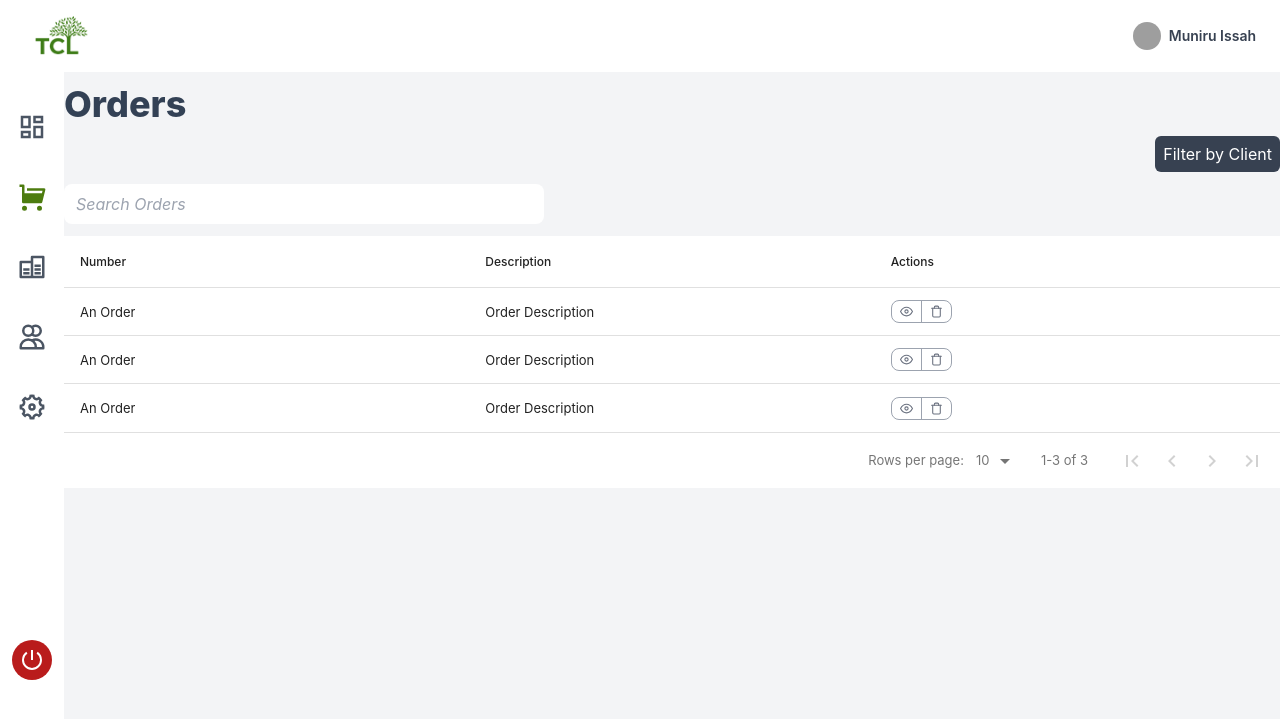
Repository: issah-gaisie/timber
Page: /dashboard/orders
The author's editor kept a copy of each file at every save. The page is drawn from the files as they stood at one save, then again after a run of saves.
The browser window is 1280 px wide. The pictures show the whole page.
Pictures or frames that could not be fetched are drawn as grey boxes. The project was rebuilt for these pictures with package versions that can differ from the ones it lists, and the page was loaded fresh each time. Also part of the build but not shown: src/App.css, src/components/Input.js, src/components/Login.js, src/components/Auth.js, src/components/ResetPassword/PasswordReset.js, src/components/ResetPassword/PasswordResetSent.js, src/components/Dashboard/sub-components/ProfilePopup.js, src/components/PrivateRoute.js and 48 more.

Above is the page before, as saved 2022-04-02 13:11:52.

After the next 2 saves:
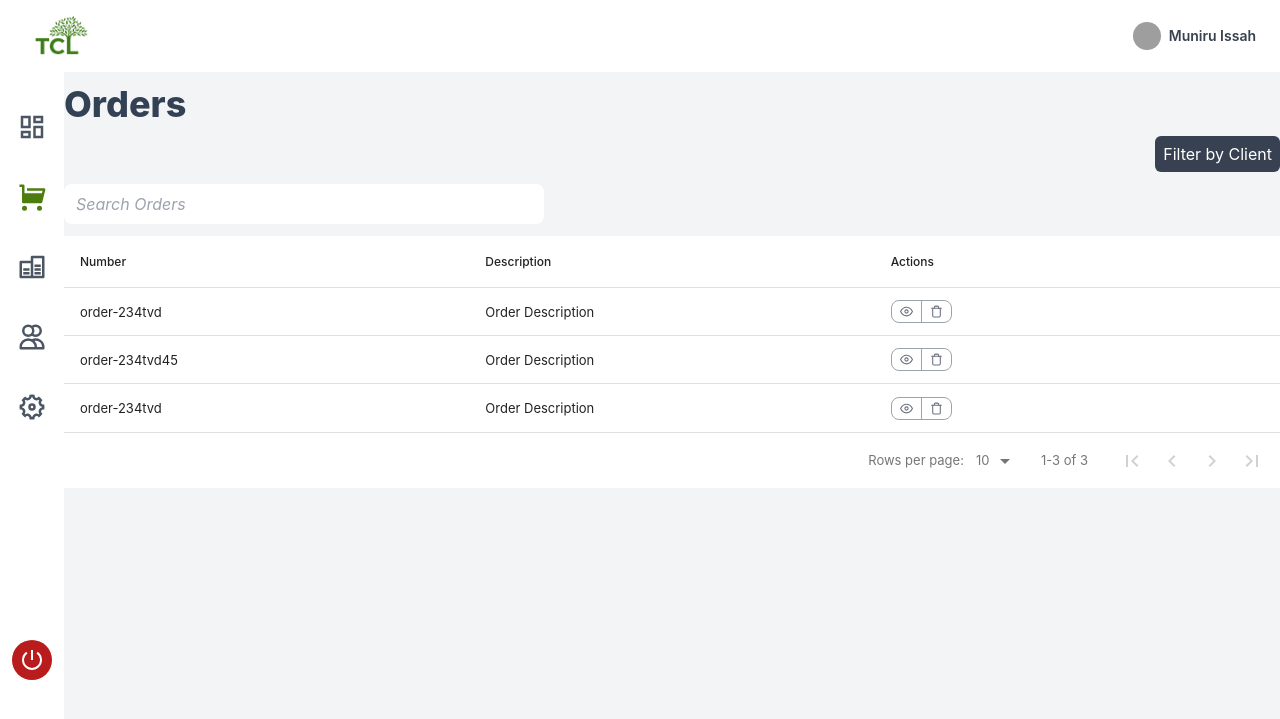
The 2 saves are shown as one change because they came seconds apart.
The last was saved 19 s later.
--- a/src/components/Dashboard/Orders/AllOrders.js
+++ b/src/components/Dashboard/Orders/AllOrders.js
@@ -73,19 +73,19 @@ export default AllOrders;
 const data = [
   {
     id: 1,
-    orderNumber: "An Order",
+    orderNumber: "order-234tvd",
     description: "Order Description",
     isActive: true,
   },
   {
     id: 2,
-    orderNumber: "An Order",
+    orderNumber: "order-234tvd45",
     description: "Order Description",
     isActive: true,
   },
   {
     id: 3,
-    orderNumber: "An Order",
+    orderNumber: "order-234tvd",
     description: "Order Description",
     isActive: false,
   },
